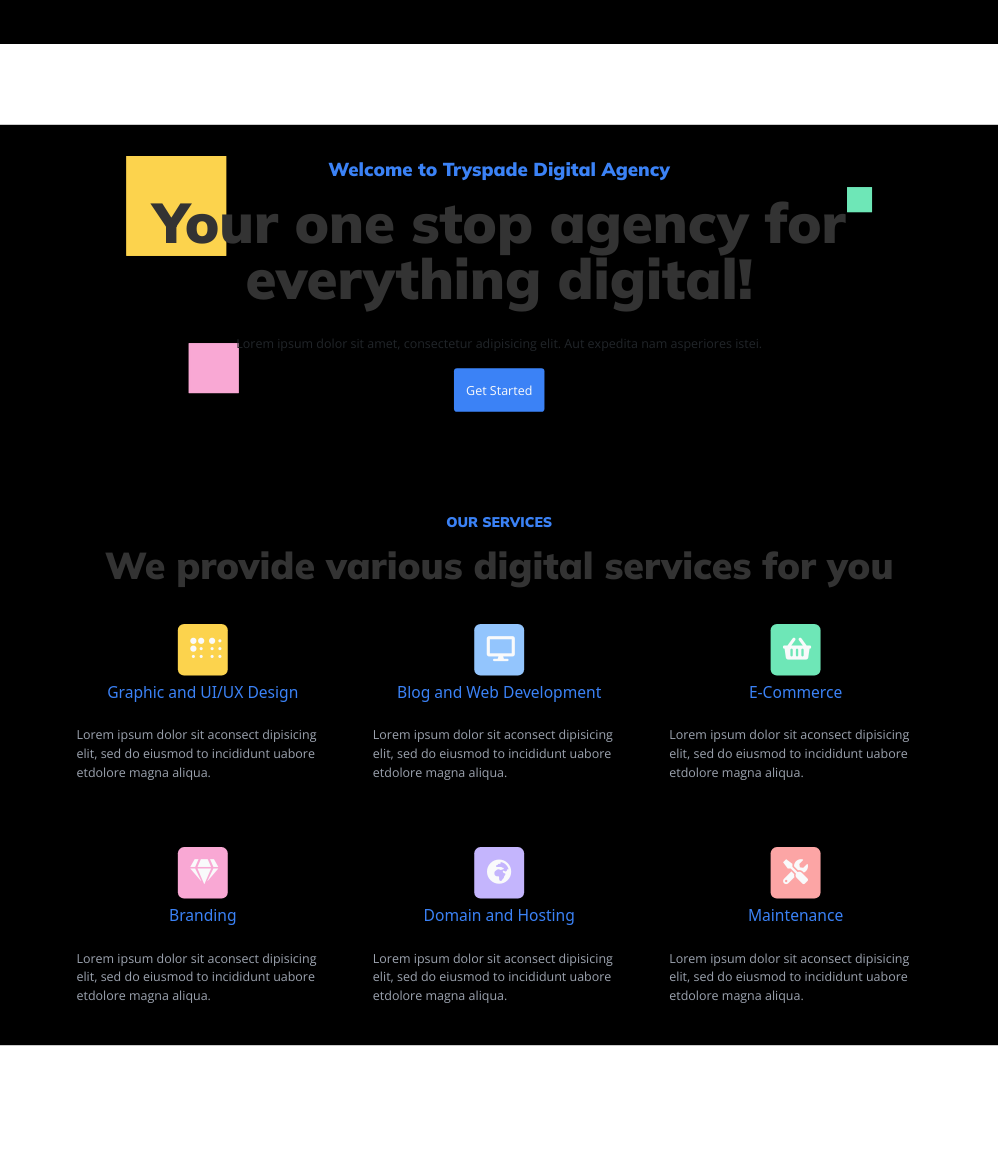
Repository: latenightsnacc/super-octo-fortnight
Page: index.html
These files come from the project's save history. The page is drawn as it stood at one moment and after the next save; the edit follows.
The browser window is 1280 px wide. The pictures show the whole page, at 78% of full size.
Some web libraries are served in a nearby version. The style sheet was rebuilt from its Sass, Less or Tailwind sources for each picture, by a compiler version that may differ from the author's.

Above is the page before, as saved 2021-01-29 14:14:45.

### index.html
<!DOCTYPE html>
<html lang="en">
<head>
    <meta charset="UTF-8">
    <meta name="viewport" content="width=device-width, initial-scale=1.0">
    <!--Tailwind 2.0.2-->
    <link href="https://cdnjs.cloudflare.com/ajax/libs/tailwindcss/2.0.2/tailwind.min.css" rel="stylesheet">
    <!--Font Awesome 5.15.1-->
    <link rel="stylesheet" href="https://cdnjs.cloudflare.com/ajax/libs/font-awesome/5.15.1/css/all.min.css" integrity="sha512-+4zCK9k+qNFUR5X+cKL9EIR+ZOhtIloNl9GIKS57V1MyNsYpYcUrUeQc9vNfzsWfV28IaLL3i96P9sdNyeRssA==" crossorigin="anonymous" />
    <!-- Bootstrap 5.0.0 Beta-->
    <link href="https://cdn.jsdelivr.net/npm/bootstrap@5.0.0-beta1/dist/css/bootstrap.min.css" rel="stylesheet" integrity="sha384-giJF6kkoqNQ00vy+HMDP7azOuL0xtbfIcaT9wjKHr8RbDVddVHyTfAAsrekwKmP1" crossorigin="anonymous" />
    <!-- UIkit CSS -->
    <link rel="stylesheet" href="https://cdn.jsdelivr.net/npm/uikit@3.6.9/dist/css/uikit.min.css" />
    <link rel="apple-touch-icon" sizes="180x180" href="/apple-touch-icon.png">
    <link rel="icon" type="image/png" sizes="32x32" href="/favicon-32x32.png">
    <link rel="icon" type="image/png" sizes="16x16" href="/favicon-16x16.png">
    <link rel="manifest" href="/site.webmanifest">
    <!--Custom Stylesheet-->
    <link rel="stylesheet" href="stylesheet/stylesheet.css">
    <title>TrySpade - Digital Agency</title>
</head>
<body class="overflow-x-hidden bg-black min-h-screen" >
    <main class="w-full mx-auto">
        <header>
            <nav class="navbar navbar-expand-lg navbar-light bg-black fixed-top">
                <div class="container">
                  <a class="navbar-brand" href="#">Navbar</a>
                  <button class="navbar-toggler" type="button" data-bs-toggle="collapse" data-bs-target="#navbarSupportedContent" aria-controls="navbarSupportedContent" aria-expanded="false" aria-label="Toggle navigation">
                    <span class="navbar-toggler-icon"></span>
                  </button>
                  <div class="collapse navbar-collapse" id="navbarSupportedContent">
                    <ul class="navbar-nav ml-auto mb-2 mb-lg-0">
                        <li class="nav-item">
                            <a class="nav-link active text-base uppercase" aria-current="page" href="#">Home</a>
                        </li>
                        <li class="nav-item">
                            <a class="nav-link text-base uppercase" href="#">services</a>
                        </li>
                        <li class="nav-item">
                            <a class="nav-link text-base uppercase" href="#">products</a>
                        </li>
                        <li class="nav-item">
                            <a class="nav-link text-base uppercase" href="#">our work</a>
                        </li>
                        <li class="nav-item">
                            <a class="nav-link text-base uppercase" href="#">blog</a>
                        </li>

                    </ul>
                  </div>
                </div>
            </nav>
        </header>
        <!--Banner-->
        <section id="banner" class="w-full h-80 my-24 py-10 md:my-40">
            <div class="container">
                <div class="relative flex flex-col items-center h-auto">
                    <div class="z-10 text-blue-500 text-lg md:text-2xl text-center title">Welcome to Tryspade Digital Agency</div>
                    <h1 class="z-10 text-center my-3 leading-10 text-4xl md:text-7xl">Your one stop agency for everything digital!</h1>
                    <p class="z-10 text-center">Lorem ipsum dolor sit amet, consectetur adipisicing elit. Aut expedita nam asperiores istei.</p>
                    <!--BOXES-->
                    <div class=" absolute top-0 left-20">
                        <div class="z-0 border-2 border-yellow-300 bg-yellow-300 w-32 h-32"></div>
                    </div>
                    <div class=" absolute top-10 right-20">
                        <div class="z-0 border-2 border-green-300 bg-green-300 w-8 h-8"></div>
                    </div>

                    <div class="absolute top-60 left-40">
                        <div class="z-0 border-2 border-pink-300 bg-pink-300 w-16 h-16"></div>
                    </div>
                    <div class="flex justify-center">
                        <button class="bg-blue-500 p-3 font-lg text-gray-50 shadow-lg rounded focus:outline-none hover:bg-blue-700">Get Started</button>
                    </div>
                </div>
            </div>
        </section>
        <!--SERVICES-->
        <section id="services" class="my-24 md:my-40">
            <div class="container">
                <div class="section-title text-center py-3">
                    <p class="text-blue-500 text-sm uppercase text-lg uppercase mb-3 title">our services</p>
                    <h2 class=" my-1 font-bold text-4xl md:text-5xl">We provide various digital services for you</h2>
                </div>
                <div class="row flex justify-center" uk-scrollspy="cls: uk-animation-fade; target: .icon; delay: 500; repeat: true">
                    <div class="col-xs-12 col-sm-12 col-md-4 col-lg-4 col-xl-4">
                        <a class="no-underline hover:no-underline" href="ui-ux.html">
                            <div class="group max-w-sm mx-auto  rounded-xl p-3 m-3  hover:shadow-2xl" >
                                <div class="text-center text-gray-50 flex justify-center">
                                    <div class="shadow-2xl  rounded-lg  w-16 icon p-3 bg-yellow-300 group-hover:shadow-none" uk-scrollspy="cls: uk-animation-fade; repeat: true">
                                        <i class="fas fa-braille fa-2x"></i>
                                    </div>
                                </div>
                                <div class="text-center text-xl bold  py-2 text-blue-500 ">Graphic and UI/UX Design</div>

                                <p class="text-md text-gray-400 ">Lorem ipsum dolor sit aconsect dipisicing elit, sed do eiusmod to incididunt uabore etdolore magna aliqua.</p>
                            </div>
                        </a>
                    </div>
                    <div class="col-xs-12 col-sm-12 col-md-4 col-lg-4 col-xl-4">
                        <a class="no-underline hover:no-underline" href="web-development.html">
                            <div class="group max-w-sm mx-auto  rounded-xl p-3 m-3  hover:shadow-2xl">
                                <div class="text-center text-gray-50 flex justify-center">
                                    <div class="shadow-2xl rounded-lg  w-16 icon p-3 bg-blue-300 group-hover:shadow-none">
                                        <i class="fas fa-desktop fa-2x"></i>
                                    </div>
                                </div>
                                <div class="text-center text-xl bold  py-2 text-blue-500 ">Blog and Web Development</div>

                                <p class="text-md text-gray-400 ">Lorem ipsum dolor sit aconsect dipisicing elit, sed do eiusmod to incididunt uabore etdolore magna aliqua.</p>
                            </div>
                        </a>
                    </div>
                    <div class="col-xs-12 col-sm-12 col-md-4 col-lg-4 col-xl-4">
                        <a class="no-underline hover:no-underline" href="e-commerce.html">
                            <div class="group max-w-sm mx-auto  rounded-xl p-3 m-3  hover:shadow-2xl">
                                <div class="text-center text-gray-50 flex justify-center">
                                    <div class="shadow-2xl rounded-lg  w-16 icon p-3 bg-green-300 group-hover:shadow-none">
                                        <i class="fas fa-shopping-basket fa-2x"></i>
                                    </div>
                                </div>
                                <div class="text-center text-xl bold  py-2 text-blue-500 ">E-Commerce</div>

                                <p class="text-md text-gray-400 ">Lorem ipsum dolor sit aconsect dipisicing elit, sed do eiusmod to incididunt uabore etdolore magna aliqua.</p>
                            </div>
                        </a>
                    </div>
                    <div class="col-xs-12 col-sm-12 col-md-4 col-lg-4 col-xl-4">
                        <a class="no-underline hover:no-underline" href="branding.html">
                            <div class="group max-w-sm mx-auto  rounded-xl p-3 m-3  hover:shadow-2xl">
                                <div class="text-center text-gray-50 flex justify-center">
                                    <div class="shadow-2xl rounded-lg  w-16 icon p-3 bg-pink-300 group-hover:shadow-none">
                                        <i class="fas fa-gem fa-2x"></i>
                                    </div>
                                </div>
                                <div class="text-center text-xl bold  py-2 text-blue-500 ">Branding</div>

                                <p class="text-md text-gray-400 ">Lorem ipsum dolor sit aconsect dipisicing elit, sed do eiusmod to incididunt uabore etdolore magna aliqua.</p>
                            </div>
                        </a>
                    </div>
                    <div class="col-xs-12 col-sm-12 col-md-4 col-lg-4 col-xl-4">
                        <a class="no-underline hover:no-underline" href="domain-hosting.html">
                            <div class="group max-w-sm mx-auto  rounded-xl p-3 m-3  hover:shadow-2xl">
                                <div class="text-center text-gray-50 flex justify-center">
                                    <div class="shadow-2xl rounded-lg  w-16 icon p-3 bg-purple-300 group-hover:shadow-none">
                                        <i class="fas fa-globe-africa fa-2x"></i>
                                    </div>
                                </div>
                                <div class="text-center text-xl bold  py-2 text-blue-500 ">Domain and Hosting</div>

                                <p class="text-md text-gray-400 ">Lorem ipsum dolor sit aconsect dipisicing elit, sed do eiusmod to incididunt uabore etdolore magna aliqua.</p>
                            </div>
                        </a>
                    </div>
                    <div class="col-xs-12 col-sm-12 col-md-4 col-lg-4 col-xl-4">
                        <a class="no-underline hover:no-underline" href="maintenance.html">
                            <div class="group max-w-sm mx-auto  rounded-xl p-3 m-3  hover:shadow-2xl">
                                <div class="text-center text-gray-50 flex justify-center">
                                    <div class="shadow-2xl rounded-lg  w-16 icon p-3 bg-red-300 group-hover:shadow-none">
                                        <i class="fas fa-tools fa-2x"></i>
                                    </div>
                                </div>
                                <div class="text-center text-xl bold  py-2 text-blue-500 ">Maintenance</div>

                                <p class="text-md text-gray-400 ">Lorem ipsum dolor sit aconsect dipisicing elit, sed do eiusmod to incididunt uabore etdolore magna aliqua.</p>
                            </div>
                        </a>
                    </div>
                </div>
            </div>
        </section>

    </main>
    <!-- UIkit JS -->
    <script src="https://cdn.jsdelivr.net/npm/uikit@3.6.9/dist/js/uikit.min.js"></script>
    <script src="https://cdn.jsdelivr.net/npm/uikit@3.6.9/dist/js/uikit-icons.min.js"></script>
    <script src="https://cdn.jsdelivr.net/npm/bootstrap@5.0.0-beta1/dist/js/bootstrap.bundle.min.js" integrity="sha384-ygbV9kiqUc6oa4msXn9868pTtWMgiQaeYH7/t7LECLbyPA2x65Kgf80OJFdroafW" crossorigin="anonymous"></script>
    <!-- Start of HubSpot Embed Code -->
  <script type="text/javascript" id="hs-script-loader" async defer src="//js.hs-scripts.com/9284931.js"></script>
  <!-- End of HubSpot Embed Code -->
</body>
</html>

### Stylesheet/stylesheet.scss
@import 'variables';
@import 'bg';

h1, h2, h3, h4, h5, h6, .nav-link, button, .title {
    font-family: $fontBold;
}
p, button {
    font-family: $fontRegular;
}

### Stylesheet/_variables.scss
@import url('https://fonts.googleapis.com/css2?family=Mulish:wght@900&family=Open+Sans&display=swap');

$fontBold: 'Mulish', sans-serif;
$fontRegular:'Open Sans', sans-serif;
$white: white;

### Stylesheet/bg.scss
.background {
    background-color: white;
    position: relative;
    min-height: 100vh;
    min-width:100vw;
    overflow-x: hidden;

  .wrapper{
    z-index: 1;
  }


  .cube {
    position: absolute;
    top: 80vh;
    left: 45vw;
    width: 10px;
    height: 10px;
    border: solid 1px darken(lightgrey, 10%);
    transform-origin: top left;
    transform: scale(0) rotate(0deg) translate(-50%, -50%);
    animation: cube 12s ease-in forwards infinite;

    &:nth-child(2n) {
      border-color: lighten(lightgrey, 10%);
    }

    &:nth-child(2) {
      animation-delay: 2s;
      left: 25vw;
      top: 40vh;
    }

    &:nth-child(3) {
      animation-delay: 4s;
      left: 75vw;
      top: 50vh;
    }

    &:nth-child(4) {
      animation-delay: 6s;
      left: 90vw;
      top: 10vh;
    }

    &:nth-child(5) {
      animation-delay: 8s;
      left: 10vw;
      top: 85vh;
    }

    &:nth-child(6) {
      animation-delay: 10s;
      left: 50vw;
      top: 10vh;
    }


}

@keyframes cube {
        from {
        transform: scale(0) rotate(0deg) translate(-50%, -50%);
        opacity: 1;
        }
        to {
        transform: scale(20) rotate(960deg) translate(-50%, -50%);
        opacity: 0;
        }
    }
}

After the next save:
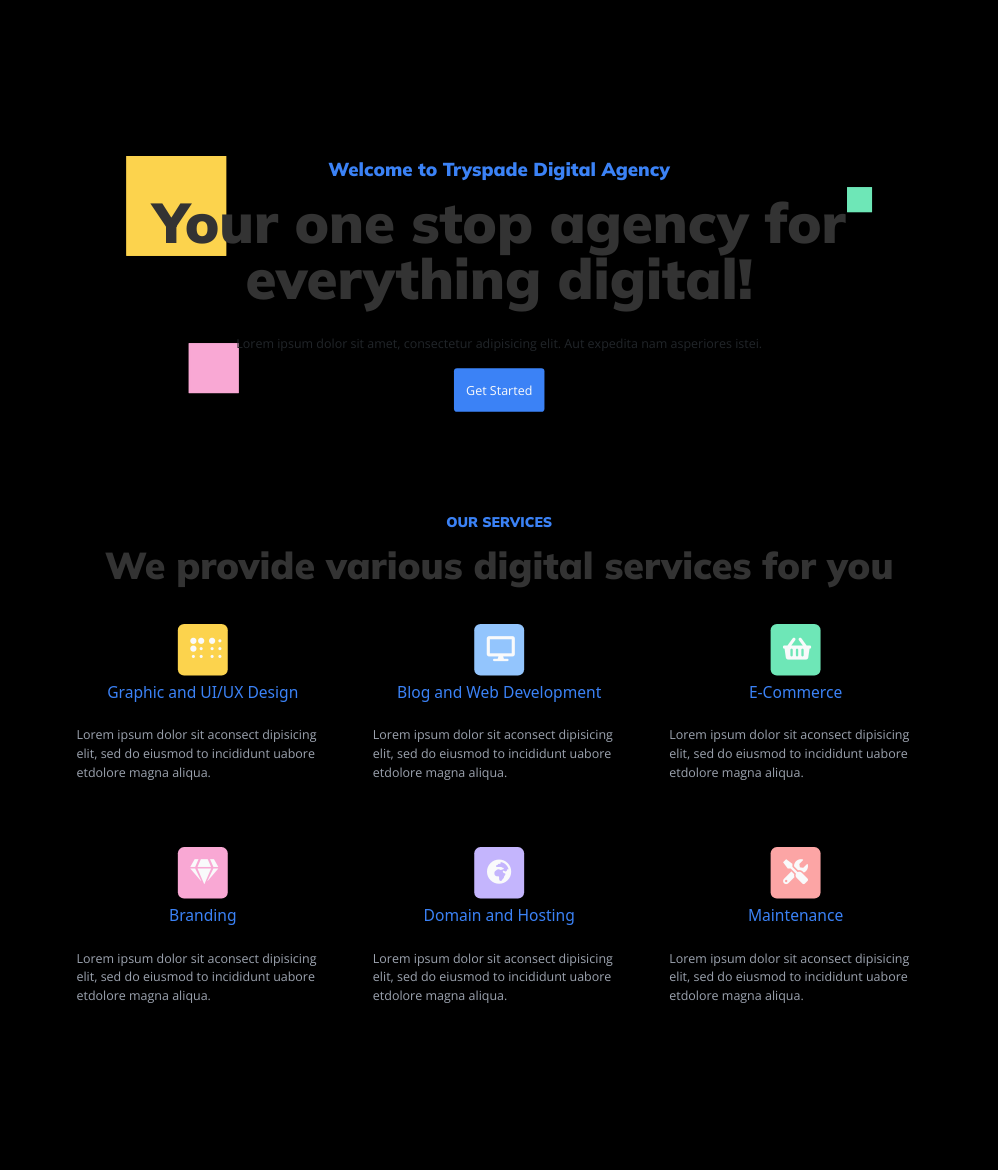
Saved 2 min 16 s later.
--- a/index.html
+++ b/index.html
@@ -1,5 +1,5 @@
 <!DOCTYPE html>
-<html lang="en">
+<html lang="en" class="bg-black">
 <head>
     <meta charset="UTF-8">
     <meta name="viewport" content="width=device-width, initial-scale=1.0">

After the 2 saves that followed:
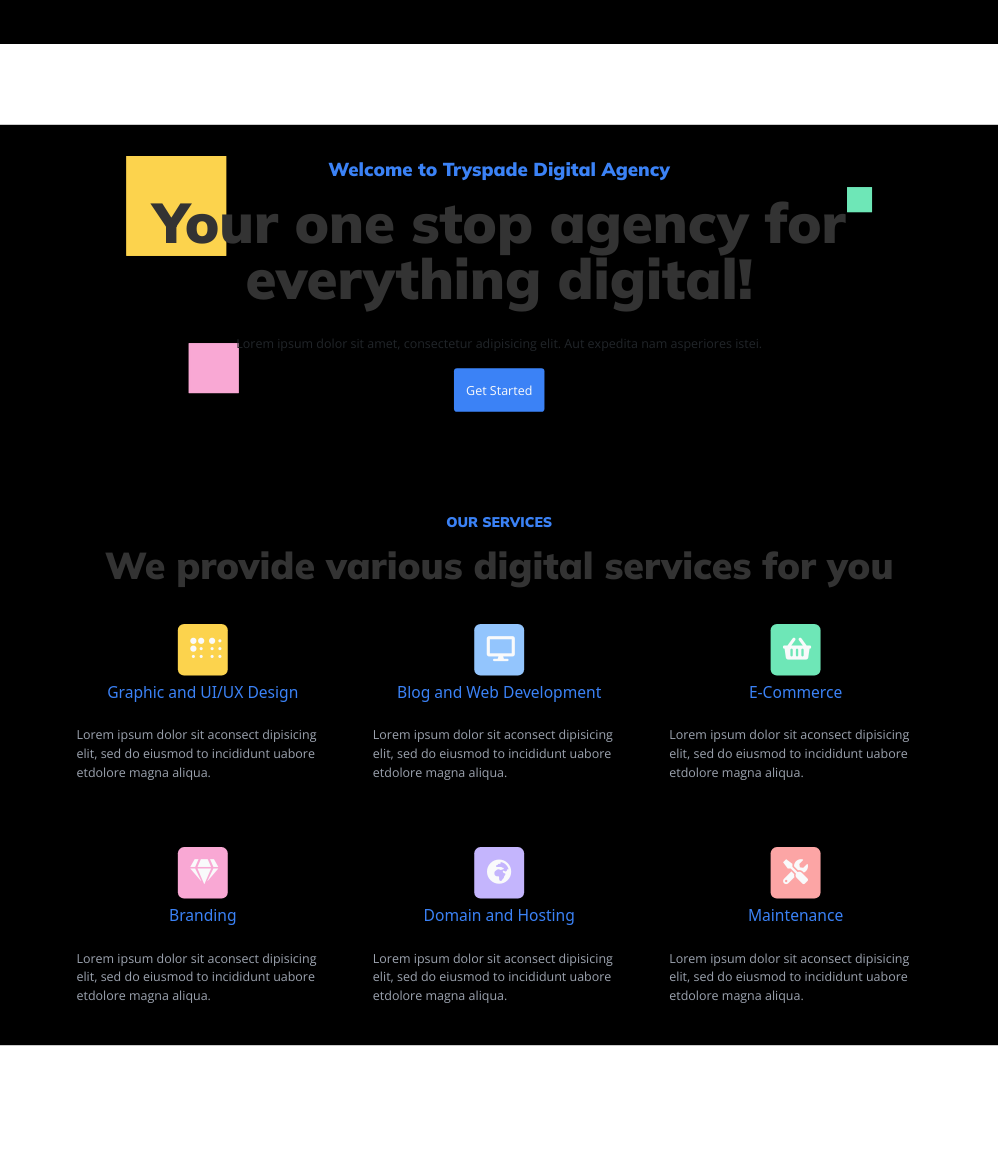
The 2 saves are shown as one change because 1 left the picture as it was.
The last was saved 39 s later.
--- a/index.html
+++ b/index.html
@@ -1,5 +1,5 @@
 <!DOCTYPE html>
-<html lang="en" class="bg-black">
+<html lang="en">
 <head>
     <meta charset="UTF-8">
     <meta name="viewport" content="width=device-width, initial-scale=1.0">
